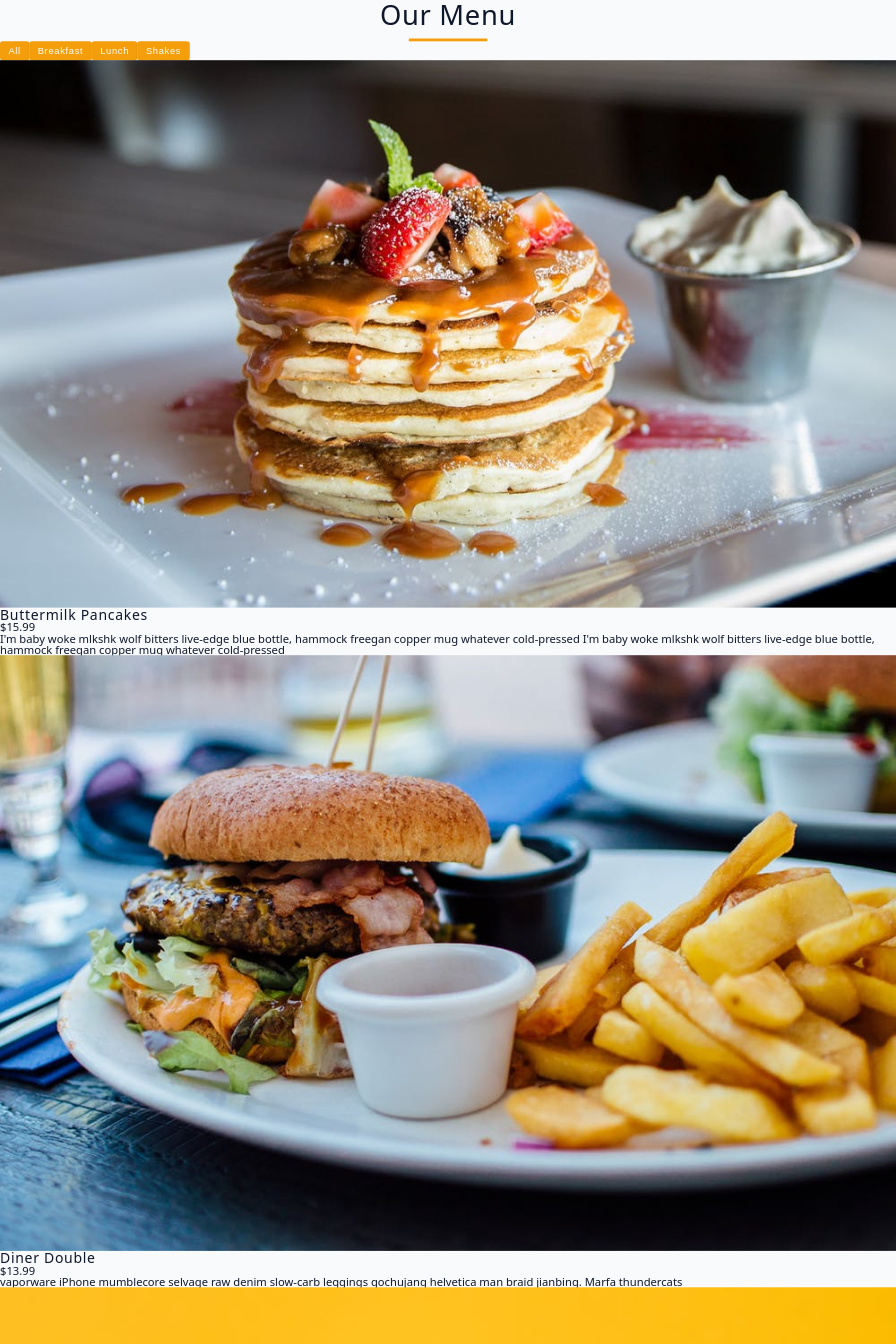
Repository: dydals3440/React-Projects
Page: / (app in 04-fundamental-projects/05-menu/starter/)
An editor plug-in stored every save of this project. The page is shown before and after the next save, followed by the edit.
The browser window is 1280 px wide. The pictures show the part of the page from y = 0 to 1920 px (the page is 8929 px tall before and 9086 px after), at 70% of full size.
The project was rebuilt for these pictures with package versions that can differ from the ones it lists, and the page was loaded fresh each time. Also part of the build but not shown: 04-fundamental-projects/05-menu/starter/vite.config.js.

Above is the page before, as saved 2023-09-07 13:46:33.

After the next save:
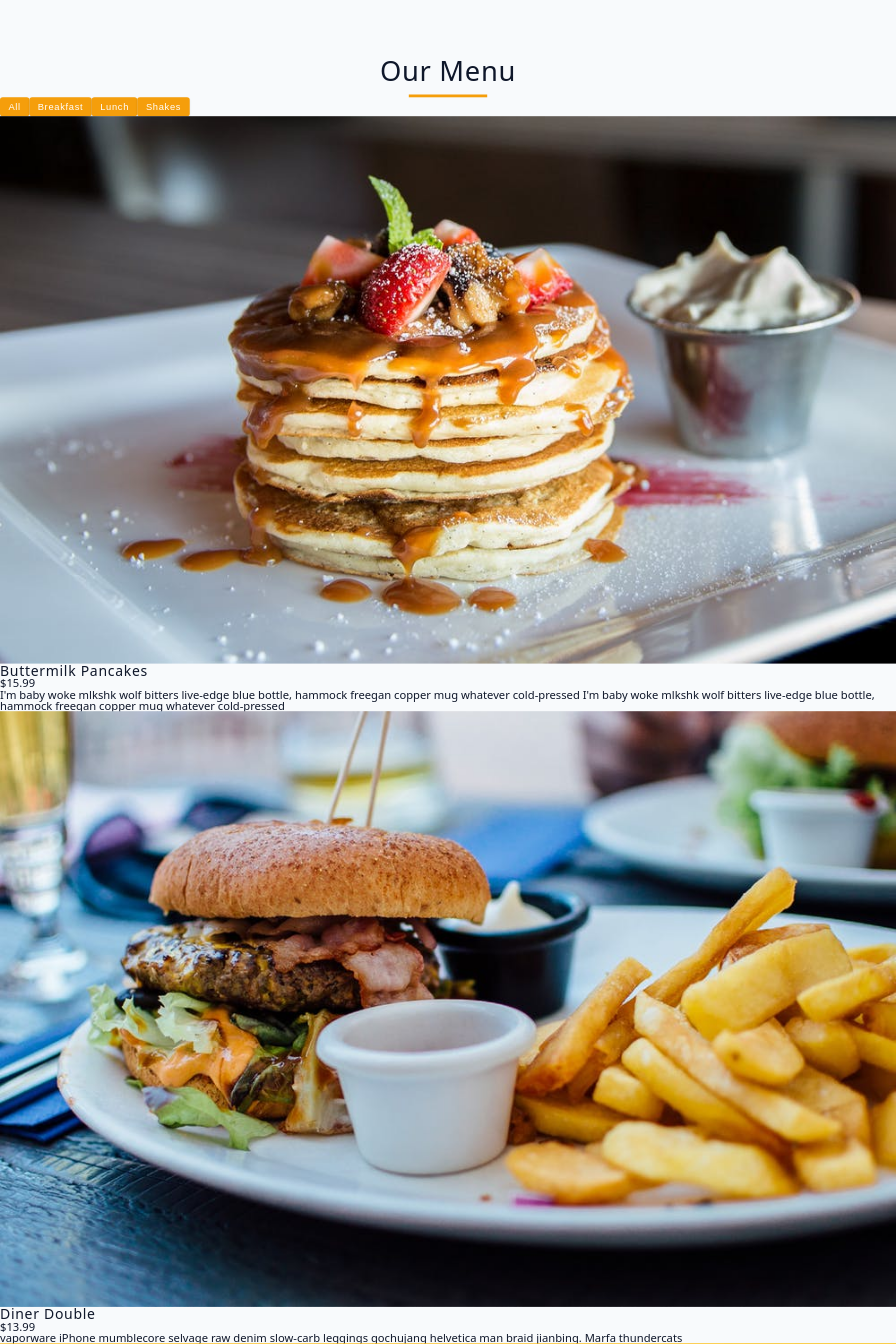
Saved 3 min 49 s later.
--- a/04-fundamental-projects/05-menu/starter/src/index.css
+++ b/04-fundamental-projects/05-menu/starter/src/index.css
@@ -253,3 +253,6 @@ ul {
   margin-top: 1rem;
 }
 /* ============= PROJECT CSS =============== */
+.menu {
+  padding: 5rem 0;
+}
